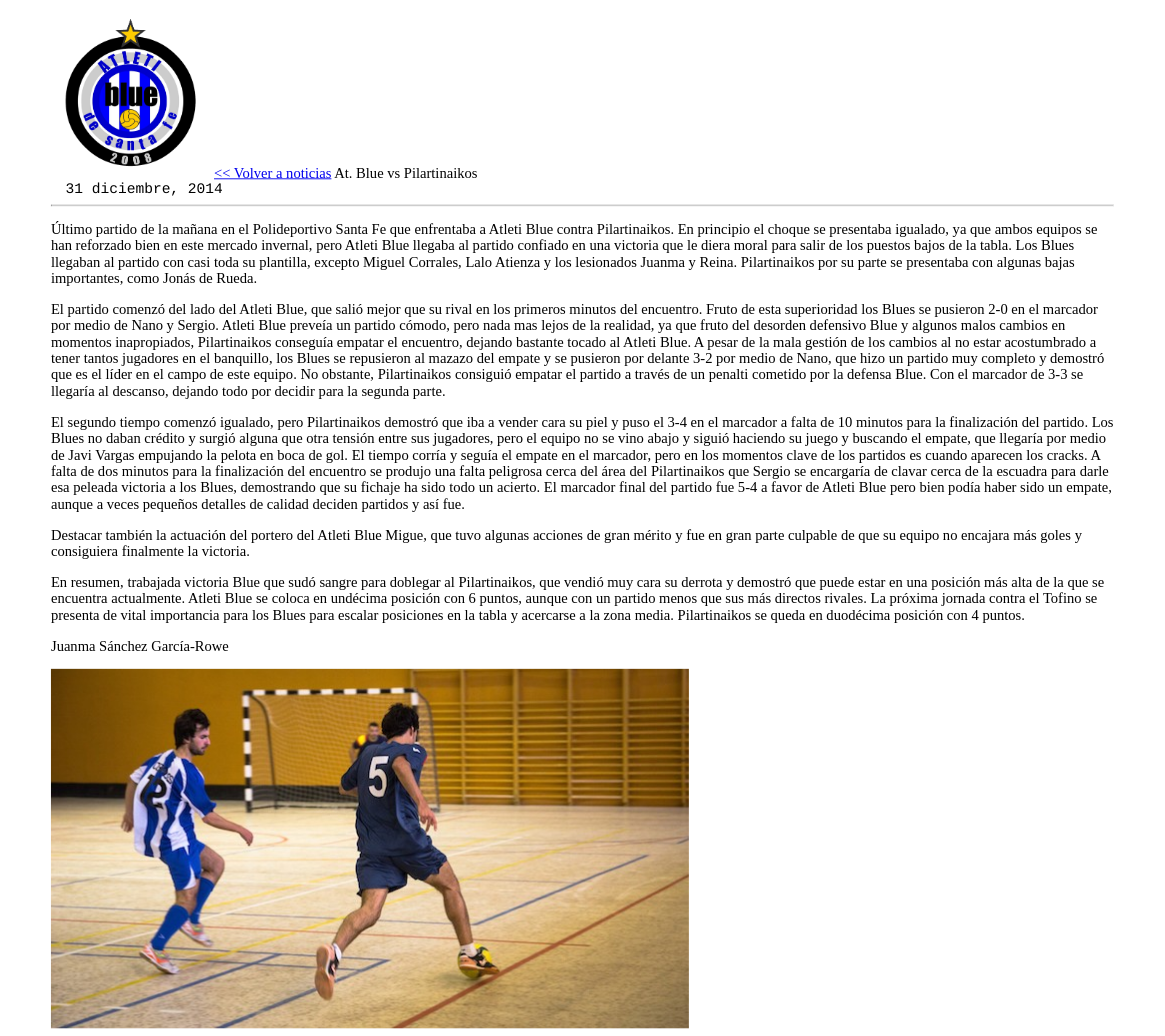
Repository: DiegoGodoy/atletiblue
Page: app/views/noticias/noticia3.html
The author's editor kept a record of every edit. The page is drawn from the files as they stood at one moment, then again after the next edit.
The browser window is 1280 px wide. The pictures show the whole page, at 91% of full size.

Above is the page before.

### app/views/noticias/noticia3.html
<div ng-controller="NoticiasCtrl" class="container" >
        <div class="row">

            <div class="col-md-12">
                <div class="panel">
                    <div class="panel-heading" style="margin-left:3em;margin-right:3em">
                        <img alt="" src="images/escudo.png" style="width:15%" class="pull-left">
                        <span class="todasNoticias pull-right"> <a  href="#noticias"><< Volver a noticias</a></span>
                        <span class="titulosPortada">At. Blue vs Pilartinaikos</span>
                        <br>
                        <medium style="font-family:courier,'new courier';margin-left:1em;" class="text-muted">31 diciembre, 2014</medium>
                        <hr class="separadorTitulos">
                        <p>Último partido de la mañana en el Polideportivo Santa Fe que enfrentaba a Atleti Blue contra Pilartinaikos. En principio el choque se presentaba igualado, ya que ambos equipos se han reforzado bien en este mercado invernal, pero Atleti Blue llegaba al partido confiado en una victoria que le diera moral para salir de los puestos bajos de la tabla. Los Blues llegaban al partido con casi toda su plantilla, excepto Miguel Corrales, Lalo Atienza y los lesionados Juanma y Reina. Pilartinaikos por su parte se presentaba con algunas bajas importantes, como Jonás de Rueda.</p>

                        <p>El partido comenzó del lado del Atleti Blue, que salió mejor que su rival en los primeros minutos del encuentro. Fruto de esta superioridad los Blues se pusieron 2-0 en el marcador por medio de Nano y Sergio. Atleti Blue preveía un partido cómodo, pero nada mas lejos de la realidad, ya que fruto del desorden defensivo Blue y algunos malos cambios en momentos inapropiados, Pilartinaikos conseguía empatar el encuentro, dejando bastante tocado al Atleti Blue. A pesar de la mala gestión de los cambios al no estar acostumbrado a tener tantos jugadores en el banquillo, los Blues se repusieron al mazazo del empate y se pusieron por delante 3-2 por medio de Nano, que hizo un partido muy completo y demostró que es el líder en el campo de este equipo. No obstante, Pilartinaikos consiguió empatar el partido a través de un penalti cometido por la defensa Blue. Con el marcador de 3-3 se llegaría al descanso, dejando todo por decidir para la segunda parte.</p>

                        <p>El segundo tiempo comenzó igualado, pero Pilartinaikos demostró que iba a vender cara su piel y puso el 3-4 en el marcador a falta de 10 minutos para la finalización del partido. Los Blues no daban crédito y surgió alguna que otra tensión entre sus jugadores, pero el equipo no se vino abajo y siguió haciendo su juego y buscando el empate, que llegaría por medio de Javi Vargas empujando la pelota en boca de gol. El tiempo corría y seguía el empate en el marcador, pero en los momentos clave de los partidos es cuando aparecen los cracks. A falta de dos minutos para la finalización del encuentro se produjo una falta peligrosa cerca del área del Pilartinaikos que Sergio se encargaría de clavar cerca de la escuadra para darle esa peleada victoria a los Blues, demostrando que su fichaje ha sido todo un acierto. El marcador final del partido fue 5-4 a favor de Atleti Blue pero bien podía haber sido un empate, aunque a veces pequeños detalles de calidad deciden partidos y así fue.</p>

                        <p>Destacar también la actuación del portero del Atleti Blue Migue, que tuvo algunas acciones de gran mérito y fue en gran parte culpable de que su equipo no encajara más goles y consiguiera finalmente la victoria.</p>

                        <p>En resumen, trabajada victoria Blue que sudó sangre para doblegar al Pilartinaikos, que vendió muy cara su derrota y demostró que puede estar en una posición más alta de la que se encuentra actualmente. Atleti Blue se coloca en undécima posición con 6 puntos, aunque con un partido menos que sus más directos rivales. La próxima jornada contra el Tofino se presenta de vital importancia para los Blues para escalar posiciones en la tabla y acercarse a la zona media. Pilartinaikos se queda en duodécima posición con 4 puntos.</p>



                        <p>Juanma Sánchez García-Rowe</p>

                        <img alt="" src="images/noticia2.jpg" style="width:60%">
                </div>
            </div>
            <!--/col-12-->
        </div>
</div>

After the next edit:
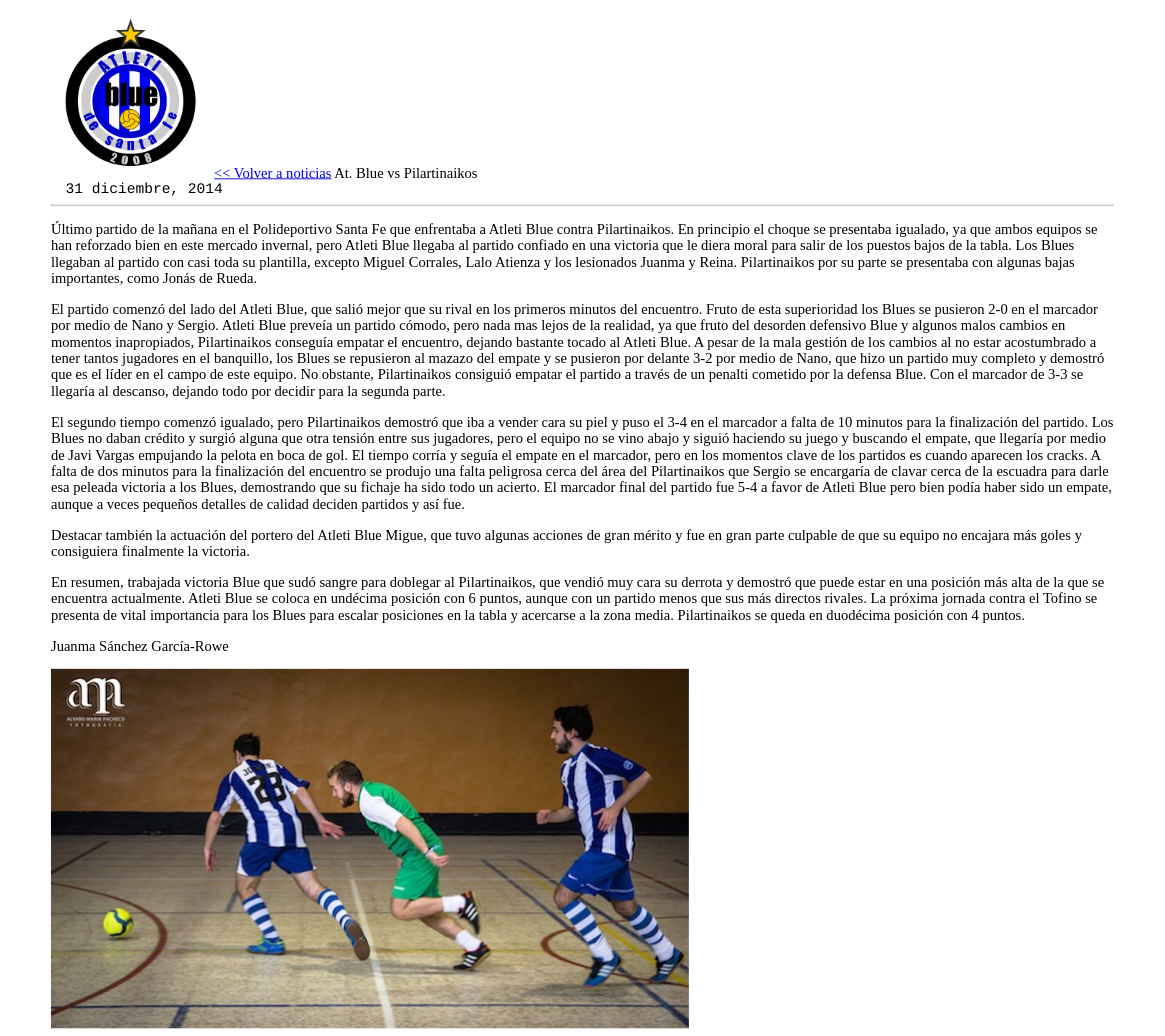
The edit:
--- a/app/views/noticias/noticia3.html
+++ b/app/views/noticias/noticia3.html
@@ -24,7 +24,7 @@
 
                         <p>Juanma Sánchez García-Rowe</p>
 
-                        <img alt="" src="images/noticia2.jpg" style="width:60%">
+                        <img alt="" src="images/noticias/noticia3.jpg" style="width:60%">
                 </div>
             </div>
             <!--/col-12-->
